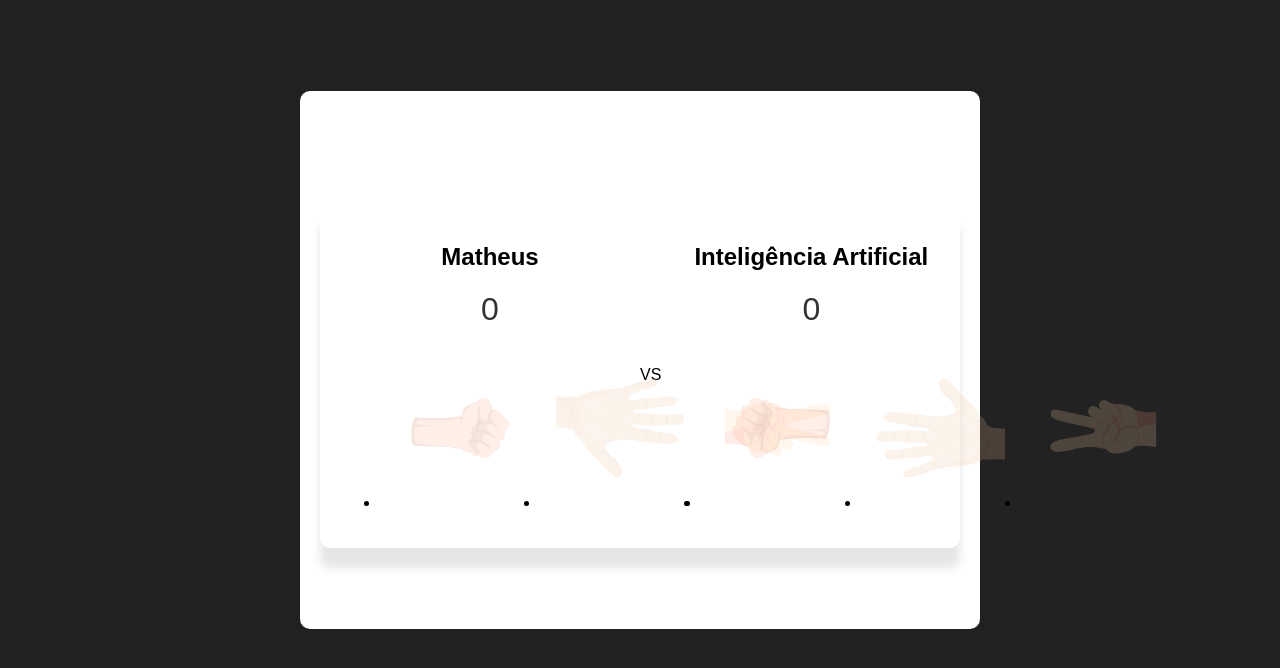
Repository: Matheus904-12/Pedra-Papel
Page: index.html
The author's editor kept a copy of each file at every save. The page is drawn from the files as they stood at one save, then again after the next save.
The browser window is 1280 px wide. The pictures show the whole page.

Above is the page before, as saved 2023-08-28 22:15:21.

After the next save:
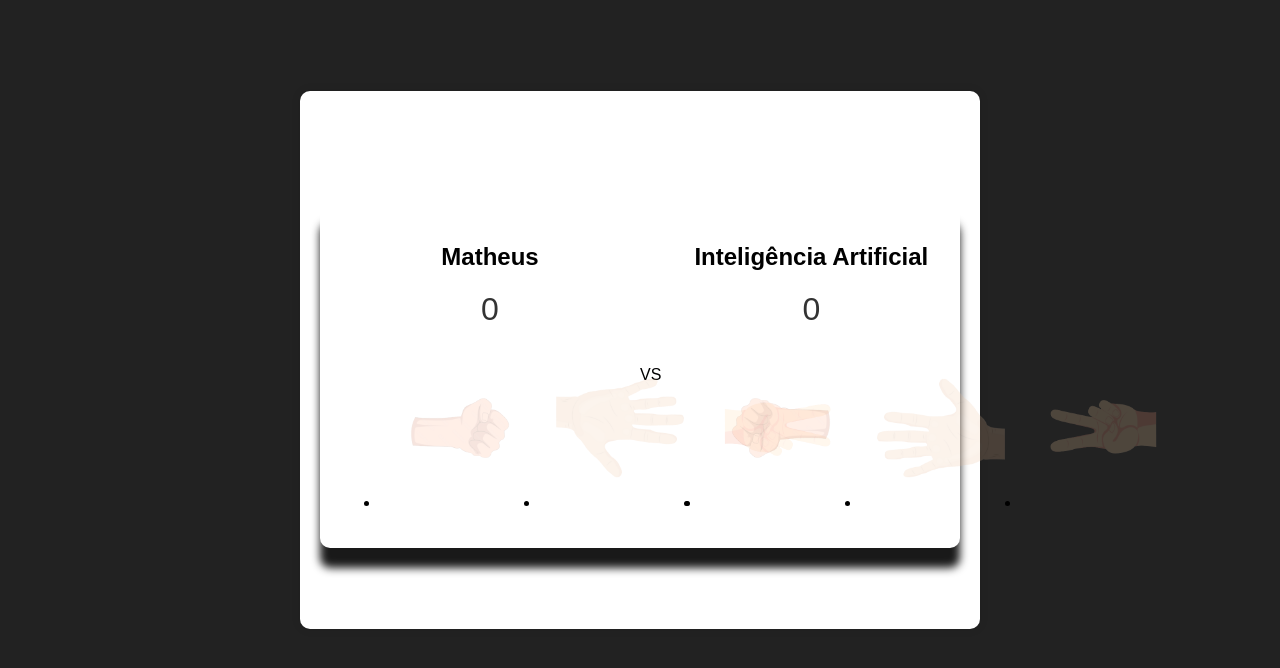
Saved 11 s later.
--- a/style.css
+++ b/style.css
@@ -52,7 +52,7 @@ body {
     padding: 20px;
     background-color: #fff;
     border-radius: 10px;
-    box-shadow: 0 20px 8px rgba(0, 0, 0, 0.1);
+    box-shadow: 0 20px 8px rgba(0, 0, 0, 0.9);
     width: 100%;
     max-width: 600px;
     margin-top: 20px;
